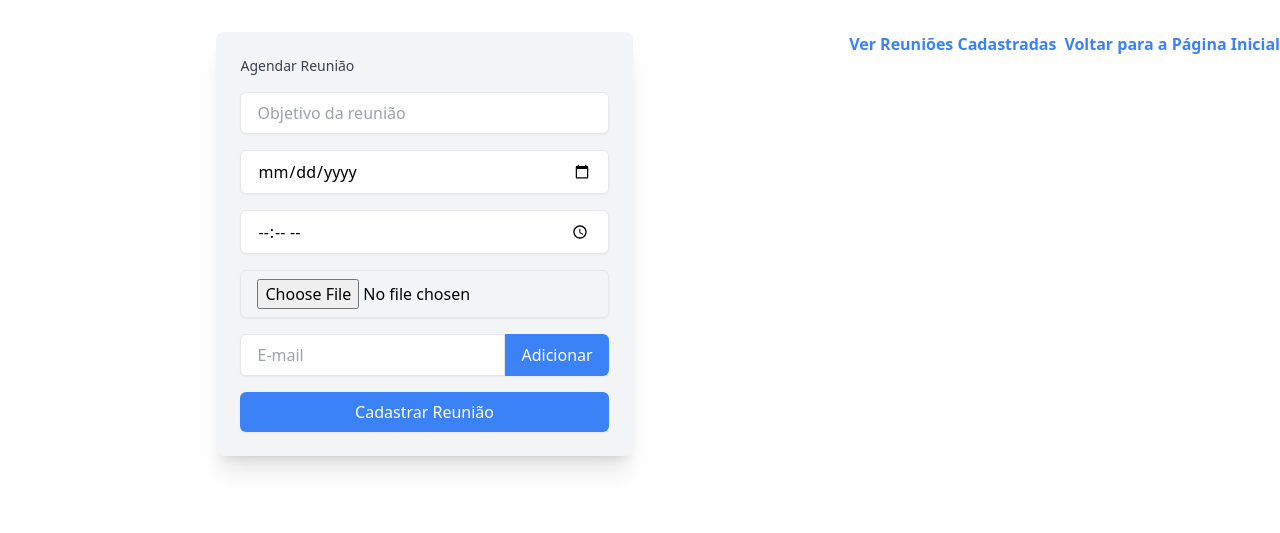
Repository: TamiBeira/meeting
Page: /form
The author's editor kept a copy of each file at every save. The page is drawn from the files as they stood at one save, then again after the next save.
The browser window is 1280 px wide. The pictures show the whole page.
The project was rebuilt for these pictures with package versions that can differ from the ones it lists, and the page was loaded fresh each time. Also part of the build but not shown: vite.config.ts, src/components/MeetingsView.tsx, src/components/HomePage.tsx.

Above is the page before, as saved 2024-02-26 19:22:44.

### index.html
<!doctype html>
<html lang="pt">
  <head>
    <meta charset="UTF-8" />
    <meta name="viewport" content="width=device-width, initial-scale=1.0" />
    <title>Meeting</title>
  </head>
  <body>
    <div id="root"></div>
    <script type="module" src="/src/main.tsx"></script>
  </body>
</html>

### src/app.tsx
import { BrowserRouter as Router, Routes, Route } from 'react-router-dom';
import { FormProvider } from './contexts/FormContext';
import { Form } from './components/Form';
import { MeetingsView } from './components/MeetingsView';
import {HomePage} from './components/HomePage';

export const App = () => {
  return (
    <Router>
      <Routes>
        <Route path="/" element={<HomePage />} />
        <Route path="/form" element={<FormProvider><Form /></FormProvider>} />
        <Route path="/meetings" element={<MeetingsView />} />
      </Routes>
    </Router>
  );
};

### src/contexts/FormContext.tsx
import React, { createContext, useContext, useState, ChangeEvent, FormEvent, Dispatch, SetStateAction, ReactNode } from "react";
import { toast } from 'react-toastify';
import 'react-toastify/dist/ReactToastify.css';

export interface MeetingContextDataProps {
  data: string;
  hora: string;
  imagem: string;
  title: string;
  emails: string[];
  emailInput: string;
  handleDataChange: (event: ChangeEvent<HTMLInputElement>) => void;
  handleImagemChange: (event: ChangeEvent<HTMLInputElement>) => void;
  handleTitleChange: (event: ChangeEvent<HTMLInputElement>) => void;
  handleHoraChange: (event: ChangeEvent<HTMLInputElement>) => void;
  handleEmailInputChange: (event: ChangeEvent<HTMLInputElement>) => void;
  handleAddEmail: () => void;
  handleRemoveEmail: (index: number) => void;
  handleSubmit: (event: FormEvent<HTMLFormElement>) => void;
}

interface MeetingContextProviderProps {
  children: ReactNode;
}

const FormContext = createContext({} as MeetingContextDataProps);

export const useFormContext = () => {
  return useContext(FormContext);
};

export const FormProvider = ({ children }: MeetingContextProviderProps) => {
  const [data, setData] = useState('');
  const [hora, setHora] = useState('');
  const [imagem, setImagem] = useState<File | null>(null);
  const [title, setTitle] = useState('');
  const [emails, setEmails] = useState<string[]>([]);
  const [emailInput, setEmailInput] = useState('');

  const handleDataChange = (event: ChangeEvent<HTMLInputElement>) => {
    setData(event.target.value);
  };

  const handleImagemChange = (event: ChangeEvent<HTMLInputElement>) => {
    if (event.target.files && event.target.files[0]) {
      setImagem(event.target.files[0]);
    }
  };

  const handleTitleChange = (event: ChangeEvent<HTMLInputElement>) => {
    setTitle(event.target.value);
  };

  const handleHoraChange = (event: ChangeEvent<HTMLInputElement>) => {
    setHora(event.target.value);
  };

  const handleEmailInputChange = (event: ChangeEvent<HTMLInputElement>) => {
    setEmailInput(event.target.value);
  };

  const handleAddEmail = () => {
    setEmails([...emails, emailInput]);
    setEmailInput('');
  };

  const handleRemoveEmail = (index: number) => {
    const updatedEmails = [...emails];
    updatedEmails.splice(index, 1);
    setEmails(updatedEmails);
  };

  const handleSubmit = (event: FormEvent<HTMLFormElement>) => {
    event.preventDefault();

    const selectedDateTime = new Date(`${data}T${hora}`);
    const formattedDate = selectedDateTime.toLocaleDateString('pt-BR');
    const formattedTime = selectedDateTime.toLocaleTimeString('pt-BR', { hour: '2-digit', minute: '2-digit' });

    let imagemUrl = '';
    if (imagem) {
      const reader = new FileReader();
      reader.onload = (e) => {
        imagemUrl = e.target?.result as string;
        const meetingData = {
          title,
          data: formattedDate,
          hora: formattedTime,
          imagem: imagemUrl,
          emails
        };

        const existingData = localStorage.getItem('meetingData');
        let allMeetings: any[] = [];

        if (existingData) {
          allMeetings = JSON.parse(existingData);
        }

        const isDuplicate = allMeetings.some((meeting: any) => {
          const sameDateAndTime = meeting.data === formattedDate && meeting.hora === formattedTime;
          const sameEmails = meeting.emails.length === emails.length && meeting.emails.every((email: string) => emails.includes(email));
          return sameDateAndTime && sameEmails;
        });

        if (isDuplicate) {
          toast.error('Esta data, hora e lista de e-mails já estão sendo usadas por outra reunião.');
        } else {
          allMeetings.push(meetingData);

          localStorage.setItem('meetingData', JSON.stringify(allMeetings));

          const emailText = `Detalhes da Reunião:
            Título: ${title}
            Data: ${formattedDate}
            Hora: ${formattedTime}
            ...`;
          emails.forEach((email) => {
            sendEmail(email, 'Detalhes da Reunião', emailText);
          });

          setData('');
          setHora('');
          setImagem(null);
          setTitle('');
          setEmailInput('');
          setEmails([]);

          toast.success('Reunião cadastrada com sucesso e e-mails enviados!');
        }
      };
      reader.readAsDataURL(imagem);
    } else {
      toast.error('Por favor, selecione uma imagem.');
    }
  };

  return (
    <FormContext.Provider
      value={{
        data,
        hora,
        imagem: imagem ? URL.createObjectURL(imagem) : '',
        title,
        emails,
        emailInput,
        handleDataChange,
        handleImagemChange,
        handleTitleChange,
        handleHoraChange,
        handleEmailInputChange,
        handleAddEmail,
        handleRemoveEmail,
        handleSubmit,
      }}
    >
      {children}
    </FormContext.Provider>
  );
};

### src/components/Form.tsx
import React from 'react';
import { Link } from 'react-router-dom';
import { useFormContext } from '../contexts/FormContext';
import { ToastContainer } from 'react-toastify';

export const Form = () => {
  const {
    data,
    hora,
    imagem,
    title,
    emails,
    emailInput,
    handleDataChange,
    handleImagemChange,
    handleTitleChange,
    handleHoraChange,
    handleEmailInputChange,
    handleAddEmail,
    handleRemoveEmail,
    handleSubmit,
  } = useFormContext();

  return (
    <main className="flex justify-center mt-8">
      <div className="mx-auto max-w-md p-6 bg-gray-100 rounded-lg shadow-xl">
        <form onSubmit={handleSubmit} className="space-y-4">
          <label htmlFor="reuniao" className="block text-sm font-medium text-gray-700">Agendar Reunião</label>
          <input
            type="text"
            placeholder="Objetivo da reunião"
            id="reuniao"
            value={title}
            onChange={handleTitleChange}
            className="block w-full px-4 py-2 border rounded-md shadow-sm focus:outline-none focus:ring-blue-500 focus:border-blue-500"
          />
          <input
            type="date"
            name="data"
            id="data"
            value={data}
            onChange={handleDataChange}
            className="block w-full px-4 py-2 border rounded-md shadow-sm focus:outline-none focus:ring-blue-500 focus:border-blue-500"
          />
          <input
            type="time"
            name="hora"
            id="hora"
            value={hora}
            onChange={handleHoraChange}
            className="block w-full px-4 py-2 border rounded-md shadow-sm focus:outline-none focus:ring-blue-500 focus:border-blue-500"
          />
          <input
            type="file"
            name="imagem"
            id="imagem"
            accept="image/*"
            onChange={handleImagemChange}
            className="block w-full px-4 py-2 border rounded-md shadow-sm focus:outline-none focus:ring-blue-500 focus:border-blue-500"
          />
          <div className="flex">
            <input
              type="text"
              placeholder="E-mail"
              value={emailInput}
              onChange={handleEmailInputChange}
              className="block flex-1 w-full px-4 py-2 border rounded-l-md shadow-sm focus:outline-none focus:ring-blue-500 focus:border-blue-500"
            />
            <button
              type="button"
              onClick={handleAddEmail}
              className="px-4 py-2 bg-blue-500 text-white rounded-r-md shadow-sm hover:bg-blue-600 focus:outline-none focus:ring-blue-500 focus:border-blue-500"
            >
              Adicionar
            </button>
          </div>
          <div>
            {emails.map((email, index) => (
              <div key={index} className="flex items-center">
                <div>{email}</div>
                <button
                  type="button"
                  onClick={() => handleRemoveEmail(index)}
                  className="ml-2 text-red-500"
                >
                  Remover
                </button>
              </div>
            ))}
          </div>
          <button
            type="submit"
            className="block w-full px-4 py-2 bg-blue-500 text-white rounded-md shadow-sm hover:bg-blue-600 focus:outline-none focus:ring-blue-500 focus:border-blue-500"
          >
            Cadastrar Reunião
          </button>
        </form>
        <ToastContainer />
      </div>
        <Link to="/meetings" className="text-blue-500 font-bold mb-4 mr-2 block">Ver Reuniões Cadastradas</Link>
        <Link to="/" className="text-blue-500 font-bold mb-4 block">Voltar para a Página Inicial</Link>
    </main>
  );
};

### tailwind.config.js
/** @type {import('tailwindcss').Config} */
export default {
  content: [
    "./index.html",
    "./src/**/*.tsx",
  ],
  theme: {
    extend: {},
  },
  plugins: [],
}

Loaded but not shown: src/main.tsx (common file); src/index.css (common file)

After the next save:
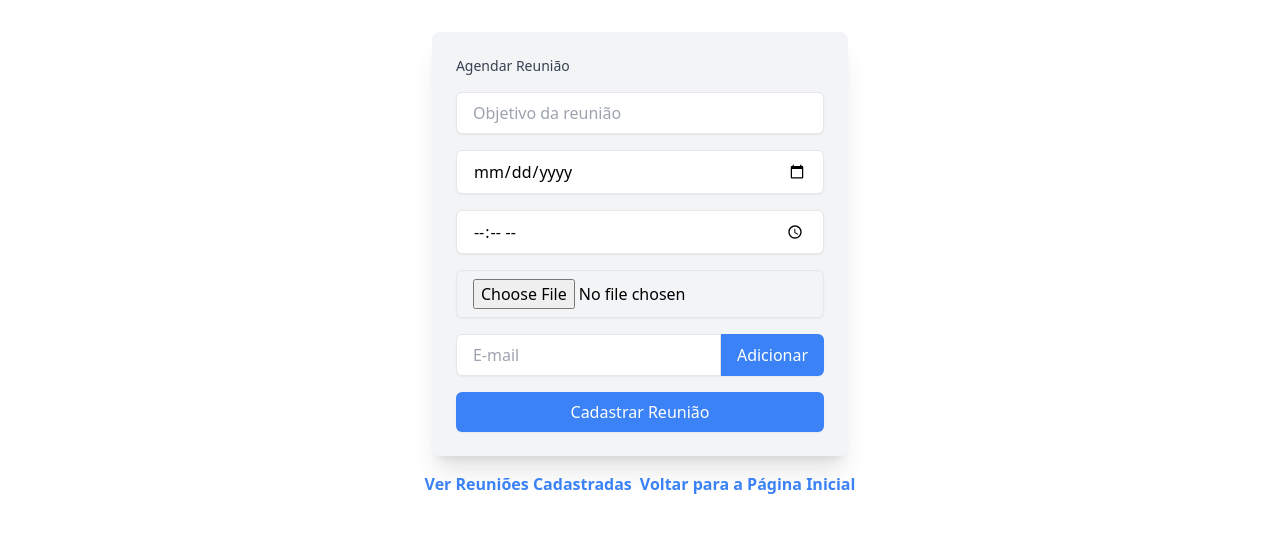
Saved 65 s later.
--- a/src/components/Form.tsx
+++ b/src/components/Form.tsx
@@ -22,7 +22,7 @@ export const Form = () => {
   } = useFormContext();
 
   return (
-    <main className="flex justify-center mt-8">
+    <main className="flex flex-col items-center mt-8">
       <div className="mx-auto max-w-md p-6 bg-gray-100 rounded-lg shadow-xl">
         <form onSubmit={handleSubmit} className="space-y-4">
           <label htmlFor="reuniao" className="block text-sm font-medium text-gray-700">Agendar Reunião</label>
@@ -97,8 +97,10 @@ export const Form = () => {
         </form>
         <ToastContainer />
       </div>
-        <Link to="/meetings" className="text-blue-500 font-bold mb-4 mr-2 block">Ver Reuniões Cadastradas</Link>
-        <Link to="/" className="text-blue-500 font-bold mb-4 block">Voltar para a Página Inicial</Link>
+      <div className="mt-4">
+        <Link to="/meetings" className="text-blue-500 font-bold mr-2">Ver Reuniões Cadastradas</Link>
+        <Link to="/" className="text-blue-500 font-bold">Voltar para a Página Inicial</Link>
+      </div>
     </main>
   );
 };
